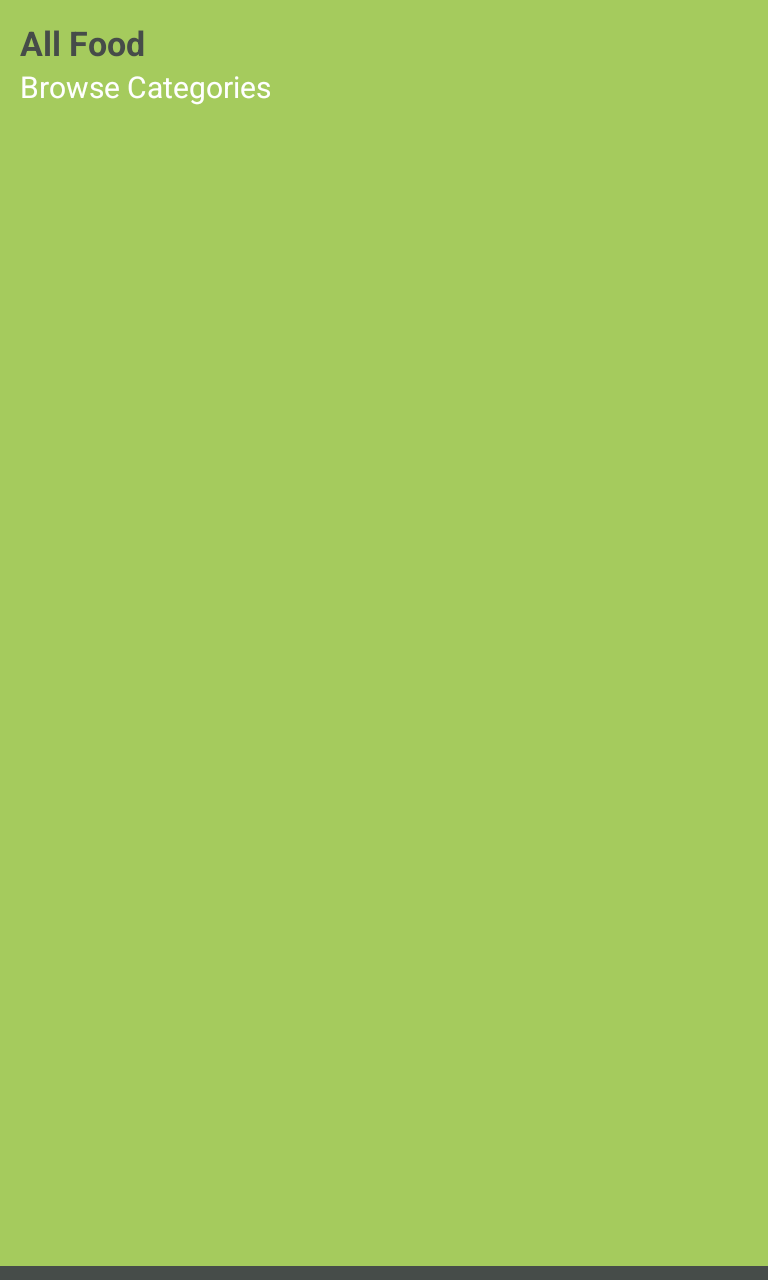
Repository: ShelfLifeApp/ShelfLife-Android
Layout: Implementation/ShelfLifeAndroid/res/layout/listview_header.xml
These files come from the project's save history. The layout is drawn as it stood at one moment and after the next save; the edit follows.
It is drawn on a 768 x 1280 px phone screen (xhdpi) without system bars, with theme Theme.Sherlock.Light; the app's code is not run.

Above is the layout before, as saved 2013-05-13 04:12:12.

### Implementation/ShelfLifeAndroid/res/layout/listview_header.xml
<?xml version="1.0" encoding="utf-8"?>
<LinearLayout xmlns:android="http://schemas.android.com/apk/res/android"
    android:layout_width="match_parent"
    android:layout_height="wrap_content"
    android:orientation="vertical"
    android:background="@drawable/list_header_background"
    android:layout_marginBottom="5dip"
    >
    <LinearLayout
        android:layout_height="wrap_content"
        android:layout_width="match_parent"
        android:orientation="vertical"
        android:paddingTop="10dip"
		android:paddingLeft="10dip"
		android:paddingBottom="20dip">
	    <TextView
	        android:id="@+id/listview_header_title"
	        android:layout_width="wrap_content"
	        android:layout_height="wrap_content"
	        android:text="All Food"
	        android:textSize="17sp"
	        android:textStyle="bold"
	        android:textColor="@color/list_header_title_color"
	    />

	    <TextView
	        android:id="@+id/listview_header_subtitle"
	        android:layout_width="wrap_content"
	        android:layout_height="wrap_content"
	        android:text="Browse Categories"
	        android:textSize="15sp"
	        android:textColor="@color/list_header_subtitle_color"
	    />
    </LinearLayout>

</LinearLayout>

### Implementation/ShelfLifeAndroid/res/drawable/list_header_background.xml
<?xml version="1.0" encoding="utf-8"?>
<layer-list xmlns:android="http://schemas.android.com/apk/res/android" >

    <!-- CREATE A RECTANGLE WITH YOUR BORDER COLOR -->
    <item>
        <shape android:shape="rectangle" >
            <solid android:color="@color/list_header_divider"/>
        </shape>
    </item>

    <!-- NOW DEFINE THE NORMAL COLOR-->
    <item android:bottom="7dp">
        <shape android:shape="rectangle" >
            <solid android:color="@color/list_header_background"/>
        </shape>
    </item>
</layer-list>

### Implementation/ShelfLifeAndroid/res/values/colors.xml
<?xml version="1.0" encoding="utf-8"?>
<resources>

    <color name="listitem_background_content">#FFFFFF</color>
    <color name="listitem_background">#f1f0f2</color>

    <color name="list_header_background">#a5cb5d</color>
    <color name="list_header_divider">#464c49</color>
    <color name="list_header_title_color">#464c49</color>
    <color name="list_header_subtitle_color">#ffffff</color>

</resources>

After the next save:
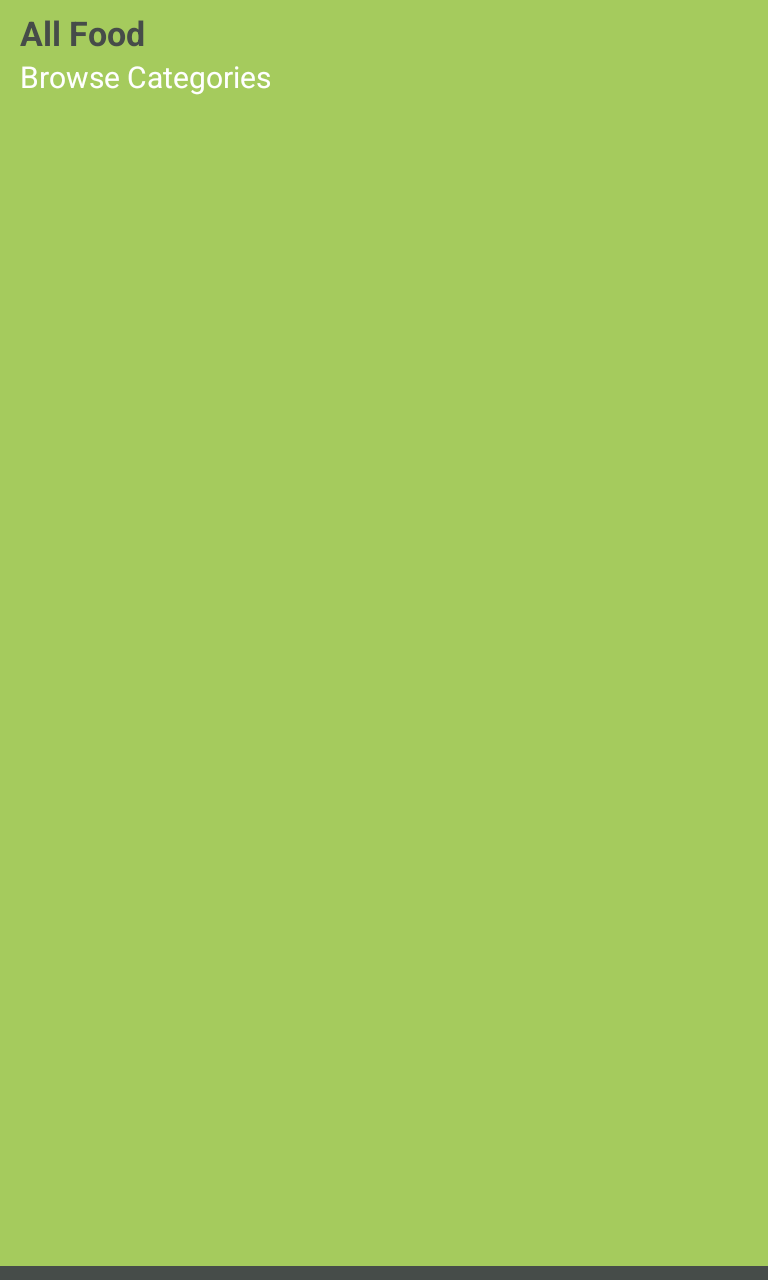
Saved 26 s later.
--- a/Implementation/ShelfLifeAndroid/res/layout/listview_header.xml
+++ b/Implementation/ShelfLifeAndroid/res/layout/listview_header.xml
@@ -10,9 +10,9 @@
         android:layout_height="wrap_content"
         android:layout_width="match_parent"
         android:orientation="vertical"
-        android:paddingTop="10dip"
+        android:paddingTop="5dip"
 		android:paddingLeft="10dip"
-		android:paddingBottom="20dip">
+		android:paddingBottom="10dip">
 	    <TextView
 	        android:id="@+id/listview_header_title"
 	        android:layout_width="wrap_content"
